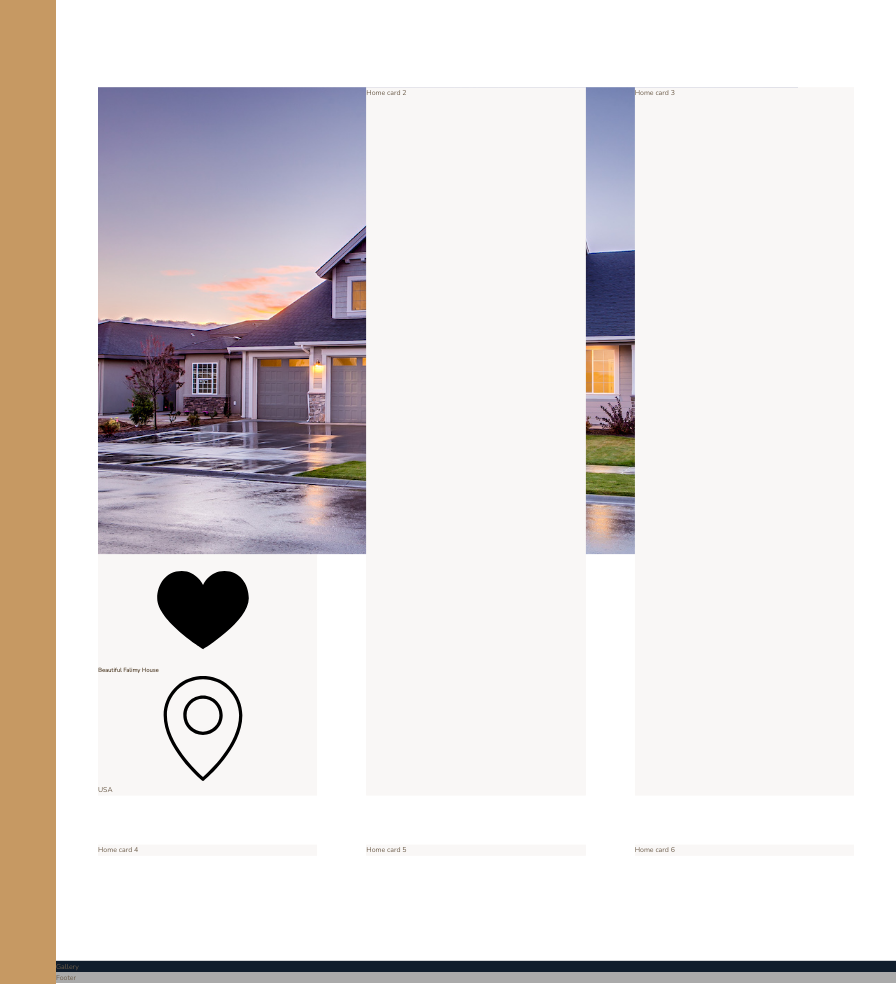
Repository: m2pd/your-home
Page: index.html
These files come from the project's save history. The page is drawn as it stood at one moment and after the next save; the edit follows.
The browser window is 1280 px wide. The pictures show the part of the page from y = 1781 to 3701 px (the page is 3186 px tall before and 3701 px after), at 70% of full size.
The style sheet was rebuilt from its Sass, Less or Tailwind sources for each picture, by a compiler version that may differ from the author's.

Above is the page before, as saved 2020-03-05 15:29:37.

### index.html
<!DOCTYPE html>
<html lang="en">
    <head>
        <meta charset="UTF-8">
        <meta name="viewport" content="width=device-width, initial-scale=1.0">
        <meta http-equiv="X-UA-Compatible" content="ie=edge">

        <link href="https://fonts.googleapis.com/css?family=Josefin+Sans:300,400,400i|Nunito:300,300i" rel="stylesheet">
        <link rel="stylesheet" href="css/style.css">
        <link rel="shortcut icon" type="image/png" href="img/favicon.png">

        <title>nexter &mdash; your home, your freedom</title>
    </head>
    <body class="container">

        <div class="sidebar">
            Sidebar
        </div>

        <header class="header">
            Header
        </header>

        <div class="realtors">
            3 Realtors
        </div>

        <div class="features">
            <div class="feature feature-1">
                <svg class="feature__icon">
                    <use xlink:href="img/sprite.svg#icon-global"></use>
                </svg>
                <h4 class="heading-4 heading-4--dark">World's best luxury homes</h4>
                <p class="feature__text">
                    Lorem, ipsum dolor sit amet consectetur adipisicing elit. Tenetur distinctio necessitatibus pariatur voluptatibus.
                </p>
            </div>

            <div class="feature feature-2">
                <svg class="feature__icon">
                    <use xlink:href="img/sprite.svg#icon-trophy"></use>
                </svg>
                <h4 class="heading-4 heading-4--dark">Only the best properties</h4>
                <p class="feature__text">
                    Voluptatum mollitia quae. Vero ipsum sapiente molestias accusamus rerum sed a eligendi aut quia.
                </p>
            </div>

            <div class="feature feature-3">
                <svg class="feature__icon">
                    <use xlink:href="img/sprite.svg#icon-map-pin"></use>
                </svg>
                <h4 class="heading-4 heading-4--dark">All home in top location</h4>
                <p class="feature__text">
                    Tenetur distinctio necessitatibus pariatur voluptatibus quidem consequatur harum.
                </p>
            </div>

            <div class="feature feature-4">
                <svg class="feature__icon">
                    <use xlink:href="img/sprite.svg#icon-key"></use>
                </svg>
                <h4 class="heading-4 heading-4--dark">New home in one week</h4>
                <p class="feature__text">
                    Vero ipsum sapiente molestias accusamus rerum. Lorem, ipsum dolor sit amet consectetur adipisicing elit.
                </p>
            </div>

            <div class="feature feature-5">
                <svg class="feature__icon">
                    <use xlink:href="img/sprite.svg#icon-presentation"></use>
                </svg>
                <h4 class="heading-4">Top 1% realtors</h4>
                <p class="feature__text">
                    Quidem consequatur harum, voluptatum mollitia quae. Tenetur distinctio necessitatibus pariatur voluptatibus.
                </p>
            </div>

            <div class="feature feature-6">
                <svg class="feature__icon">
                    <use xlink:href="img/sprite.svg#icon-lock"></use>
                </svg>
                <h4 class="heading-4">Secure in Payment on nexter</h4>
                <p class="feature__text">
                    Pariatur voluptatibus quidem consequatur harum, voluptatum mollitia quae.
                </p>
            </div>
        </div>

        <div class="story__pictures">
            <img src="img/story-1.jpeg" alt="Couple with new house" class="story__img--1">
            <img src="img/story-2.jpeg" alt="New house" class="story__img--2">
        </div>

        <div class="story__content">
            <h3 class="heading-3 mb-sm">Happy Customer</h3>
            <h2 class="heading-2 heading-2--dark mb-md">&ldquo;The best decsion of our live&ldquo;</h2>
            <div class="story__text">
                Lorem ipsum dolor sit amet consectetur, adipisicing elit. Asperiores ipsam aut similique cumque nesciunt accusantium perspiciatis delectus! Incidunt, debitis ipsum.
            </div>
            <button class="btn">Find your our home</button>
        </div>

        <section class="homes">
            <div class="home">
                <img src="img/house-1.jpeg" alt="House 1" class="home__img">
                <svg class="home__like">
                    <use xlink:href="img/sprite.svg#icon-heart-full"></use>
                </svg>
                <h5 class="home__name">Beautiful Falimy House</h5>
                <div class="home__location">
                    <svg>
                        <use xlink:href="img/sprite.svg#icon-map-pin"></use>
                    </svg>
                    <p>USA</p>
                </div>
            </div>
            <div class="home">Home card 2</div>
            <div class="home">Home card 3</div>
            <div class="home">Home card 4</div>
            <div class="home">Home card 5</div>
            <div class="home">Home card 6</div>
        </section>

        <section class="gallery">
            Gallery
        </section>

        <footer class="footer">
            Footer
        </footer>

    </body>
</html>

### sass/_base.scss
// COLOR VARIABLES
$color-primary: #c69963;
$color-primary-dark: #B28451;

$color-secondary: #101d2c;

$color-grey-light-1: #f9f7f6;
$color-grey-light-2: #aaa;

$color-grey-dark-1: #54483A;
$color-grey-dark-2: #6D5D4B;

// FONT VARIABLES
$font-primary: 'Nunito', sans-serif;
$font-display: 'Josefin Sans', sans-serif;


*,
*::before,
*::after{
    margin:0;
    padding:0;
    box-sizing: inherit;
}

html{
    font-size:62.5%;
    box-sizing: border-box;
}

body{
    font-family: $font-primary;
    color: $color-grey-dark-2;
    font-weight: 300;
    line-height: 1.6;
}

.container{
    display: grid;
    grid-template-rows: 80vh min-content 40vw repeat(3, min-content);
    grid-template-columns:[sidebar-start] 8rem [sidebar-end full-start] minmax(6rem, 1fr) [center-start] repeat(8, [col-start] minmax(min-content, 14rem) [col-end]) [center-end] minmax(6rem, 1fr) [full-end];

}

### sass/_typography.scss
%heading {
  font-family: $font-display;
  font-weight: 400;
}

.heading-1 {
  @extend %heading;
}

.heading-2 {
  @extend %heading;
  font-size: 4rem;
  font-style: italic;
  line-height: 1;

  &--light{ color: $color-grey-light-1;}
  &--dark{ color: $color-grey-dark-1;}
}

.heading-3 {
  @extend %heading;

  font-size: 1.6rem;
  color: $color-primary;
  text-transform: uppercase;

}

.heading-4 {
  @extend %heading;
  font-size: 1.9rem;

  &--light{ color: $color-grey-light-1;}
  &--dark{ color: $color-grey-dark-1;}

}

.btn{
    background-color: $color-primary;
    color: #fff;
    font-size: 1.5rem;
    border: none;
    border-radius: none;
    padding: 1.6rem  3rem;
    text-transform: uppercase;
    cursor: pointer;
    transition: all .2s;

    &:hover{
      background-color: $color-primary-dark;
    }
}

.mb-sm{ margin-bottom: 2rem; }
.mb-md{ margin-bottom: 3rem; }
.mb-lg{ margin-bottom: 4rem; }
.mb-hg{ margin-bottom: 8rem; }

### sass/_features.scss
.features{
    grid-column: center-start /  center-end;

    margin: 15rem 0;
    display: grid;
    // grid-template-columns: repeat(3, 1fr);
    grid-template-columns: repeat(auto-fit, minmax(25rem, 1fr));
    grid-gap: 6rem;
}

.feature{
    display: grid;
    grid-template-columns: min-content 1fr;
    grid-column-gap: 2.5rem;
    grid-row-gap: 1.5rem;

    align-items: start;

    &__icon{
        fill: $color-primary;
        width:4.5rem;
        height:4.5rem;

        grid-row: 1 / span 2;
    }

    &__text{
        font-size: 1.7rem;
    }
}

### sass/_story.scss
.story{
    &__pictures{
        background-color: $color-primary;
        grid-column: full-start / col-end 4;
        background-image:linear-gradient(rgba($color-primary,.5), rgba($color-primary, .5)),
                         url(../img/back.jpg);

        display: grid;
        grid-template-columns: repeat(6, 1fr);
        grid-template-rows: repeat(6, 1fr);
        align-items:center ;
    }

    &__img--1{
        width: 100%;
        grid-column: 2 / 6;
        grid-row: 2 / 6;
        box-shadow: 0 2rem 5rem rgba(#000, .1);
    }

    &__img--2{
        width: 115%;
        grid-column: 4 / 7;
        grid-row: 4 / 6;
        z-index: 20;
        box-shadow: 0 2rem 5rem rgba(#000, .1);

    }

    &__content{
        background-color: $color-grey-light-1;
        grid-column: col-start 5 / full-end;

        padding: 6rem 8vw;

        // display: flex;
        // flex-direction: column;
        // justify-content: center;
        // align-items: flex-start;

        display: grid;
        align-content: center;
        justify-items: start;
    }

    &__text{
        font-size: 1.5rem;
        font-style: italic;
        margin-bottom: 4rem;


    }
}

### sass/_homes.scss
.homes{
    grid-column: center-start / center-end;
    margin: 15rem 0;

    display: grid;
    grid-template-columns: repeat(auto-fit, minmax(25rem, 1fr));
    grid-gap: 7rem;
}

.home{
    background-color:  $color-grey-light-1;
}

### sass/_gallery.scss
.gallery{
    background-color: $color-secondary;
    grid-column: full-start / full-end;
}

### sass/_footer.scss
.footer{
    background-color: $color-grey-light-2;
    grid-column: full-start / full-end;
}

Loaded but not shown: sass/main.scss (common file); sass/_sidebar.scss (common file); sass/_header.scss (common file); sass/_realtors.scss (common file)

After the next save:
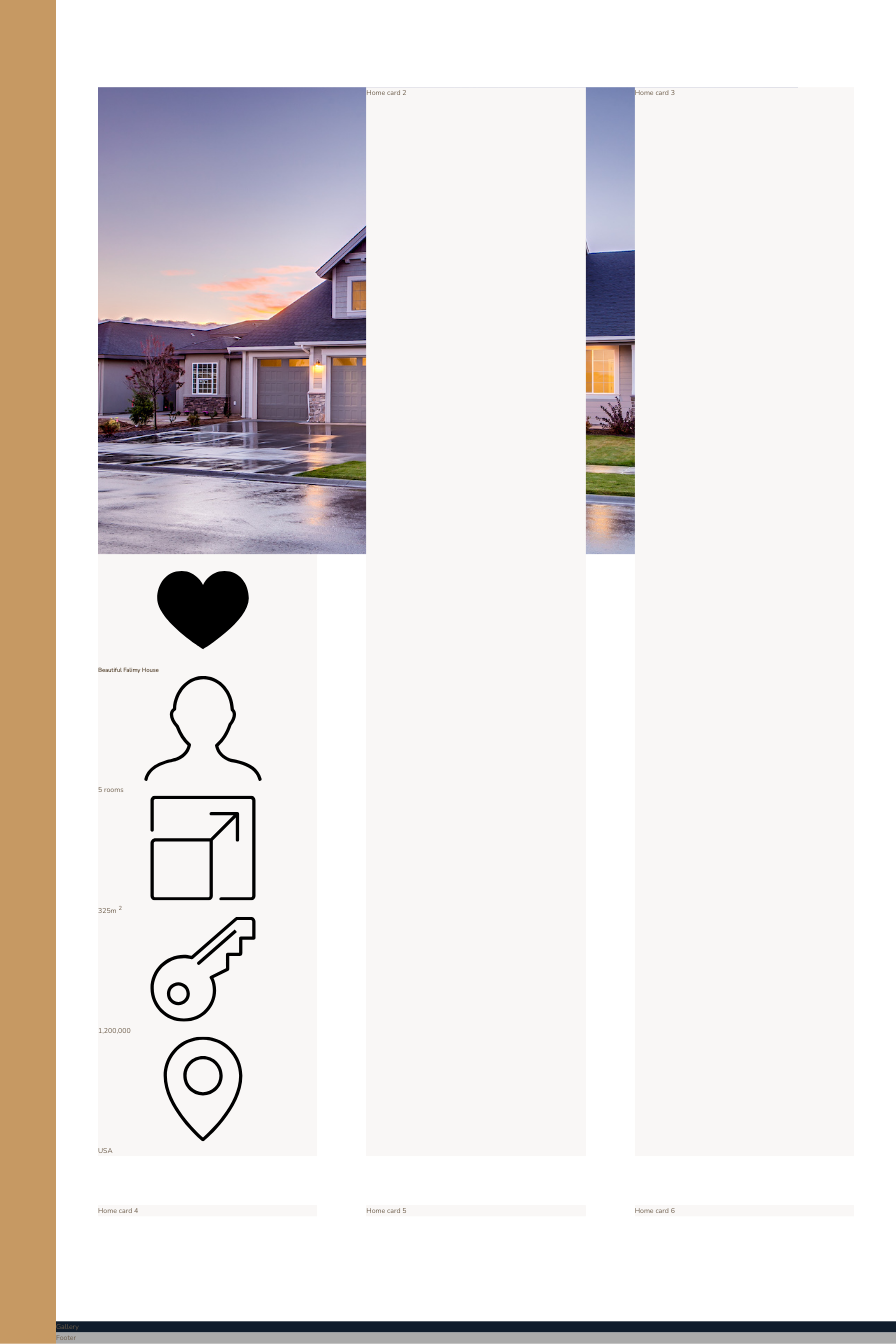
Saved 3 min 50 s later.
--- a/index.html
+++ b/index.html
@@ -108,6 +108,24 @@
                     <use xlink:href="img/sprite.svg#icon-heart-full"></use>
                 </svg>
                 <h5 class="home__name">Beautiful Falimy House</h5>
+                <div class="home__rooms">
+                    <svg>
+                        <use xlink:href="img/sprite.svg#icon-profile-male"></use>
+                    </svg>
+                    <p>5 rooms</p>
+                </div>
+                <div class="home__area">
+                    <svg>
+                        <use xlink:href="img/sprite.svg#icon-expand"></use>
+                    </svg>
+                    <p>325m <sup>2</sup></p>
+                </div>
+                <div class="home__price">
+                    <svg>
+                        <use xlink:href="img/sprite.svg#icon-key"></use>
+                    </svg>
+                    <p>1,200,000</p>
+                </div>
                 <div class="home__location">
                     <svg>
                         <use xlink:href="img/sprite.svg#icon-map-pin"></use>
